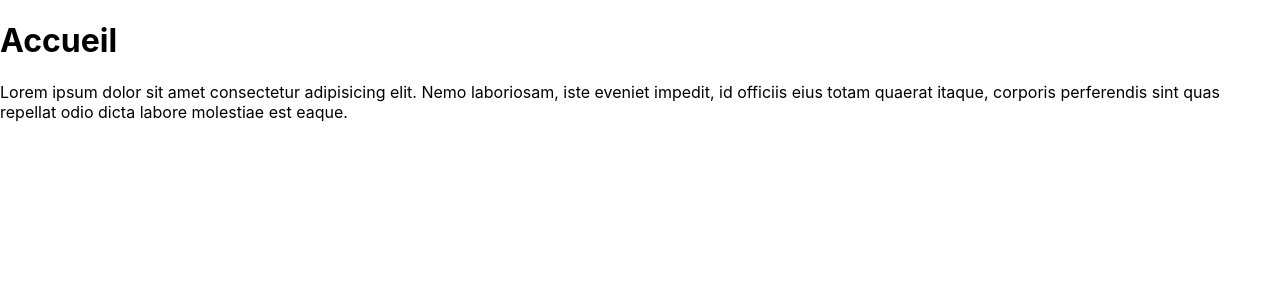
Repository: ahthionkevin/pays
Page: /
These files come from the project's save history. The page is drawn as it stood at one moment and after the next save; the edit follows.
The browser window is 1280 px wide. The pictures show the whole page.
The project was rebuilt for these pictures with package versions that can differ from the ones it lists, and the page was loaded fresh each time. A package was used in the major version that the imports need, not the one package.json lists. Also part of the build but not shown: src/page/About.jsx, src/page/NotFound.jsx.

Above is the page before, as saved 2021-06-16 17:21:06.

### src/App.js
import React from 'react';
import { BrowserRouter, Switch, Route } from 'react-router-dom';
import About from './page/About';
import Home from './page/Home';
import NotFound from './page/NotFound';

const App = () => {
  return (
    <BrowserRouter>
      <Switch>
        <Route path="/" exact component={Home}></Route>
        <Route path="/about" exact component={About}></Route>
        <Route component={NotFound}></Route>
      </Switch>
    </BrowserRouter>
  );
};

export default App;

### src/page/Home.jsx
import Navigation from "../components/Navigation";

const Home = () =>{
    return(
        <div className="home">

            <h1>Accueil</h1>
            <p>Lorem ipsum dolor sit amet consectetur adipisicing elit. Nemo laboriosam, iste eveniet impedit, id officiis eius totam quaerat itaque, corporis perferendis sint quas repellat odio dicta labore molestiae est eaque.</p>
        </div>
    )
}

export default Home;

### src/components/Navigation.jsx
import React from 'react';
import { NavLink } from 'react-router-dom';

const Navigation = () => {
    return (
        <div className="navigation">
            <NavLink exact to="/">Accueil</NavLink>
            <NavLink exact to="/about">A propos</NavLink>
        </div>
    );
};

export default Navigation;

Loaded but not shown: public/index.html (common file); src/index.js (common file); src/index.css (common file); src/reportWebVitals.js (common file)

After the next save:
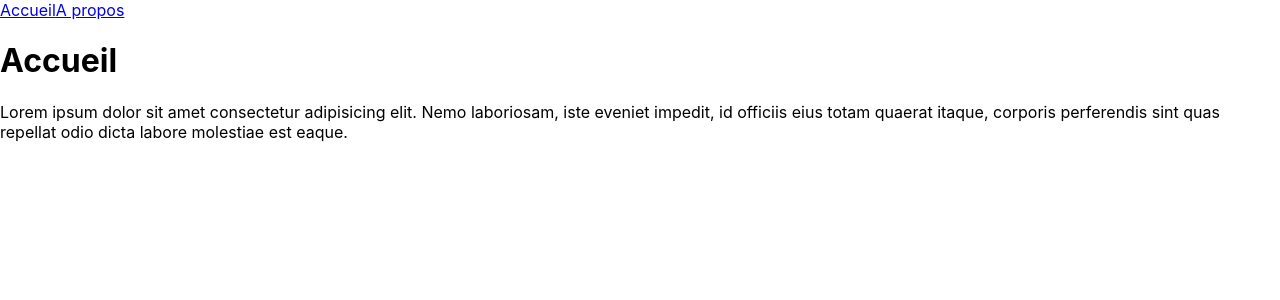
Saved 14 s later.
--- a/src/page/Home.jsx
+++ b/src/page/Home.jsx
@@ -3,7 +3,7 @@
 const Home = () =>{
     return(
         <div className="home">
-
+            <Navigation></Navigation>
             <h1>Accueil</h1>
             <p>Lorem ipsum dolor sit amet consectetur adipisicing elit. Nemo laboriosam, iste eveniet impedit, id officiis eius totam quaerat itaque, corporis perferendis sint quas repellat odio dicta labore molestiae est eaque.</p>
         </div>
